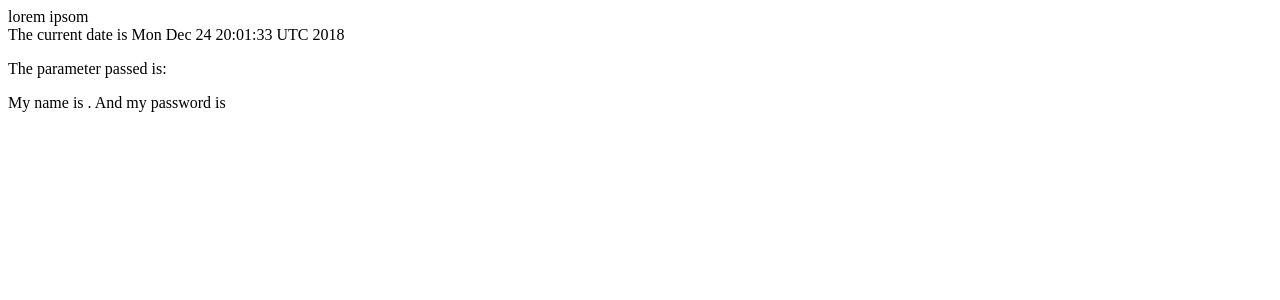
Repository: overbejt/UdemySpringMVC
Page: http://localhost/hello-World/
An editor plug-in stored every save of this project. The page is shown before and after the next save, followed by the edit.
The browser window is 1280 px wide. The pictures show the whole page.
The page is served by Tomcat 9.

Above is the page before, as saved 2018-12-27 07:22:43.

After the next save:
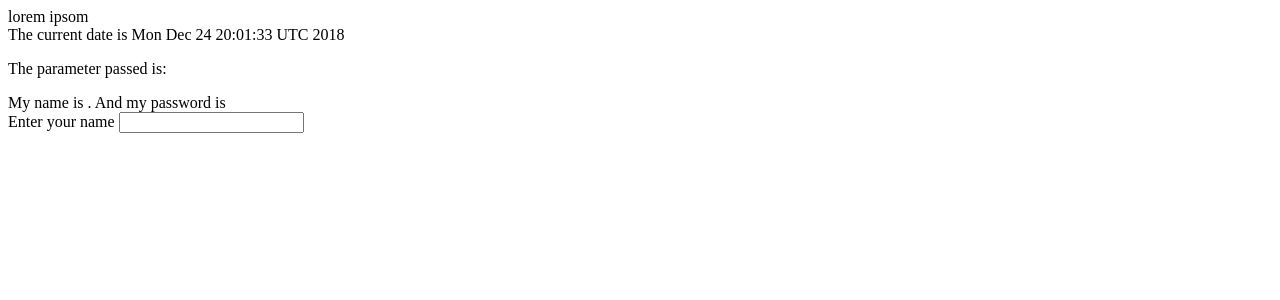
Saved 109 s later.
--- a/hello-World/src/main/webapp/WEB-INF/views/login.jsp
+++ b/hello-World/src/main/webapp/WEB-INF/views/login.jsp
@@ -32,6 +32,12 @@ My name is ${name}.  And my password is ${password}
 </div>
 
 <!-- More secure  -->
+<div>
+<form action="/login.do">
+Enter your name <input type="text" name="name"/>
+</form>
+</div>
+
 
 </p>
 </body>
